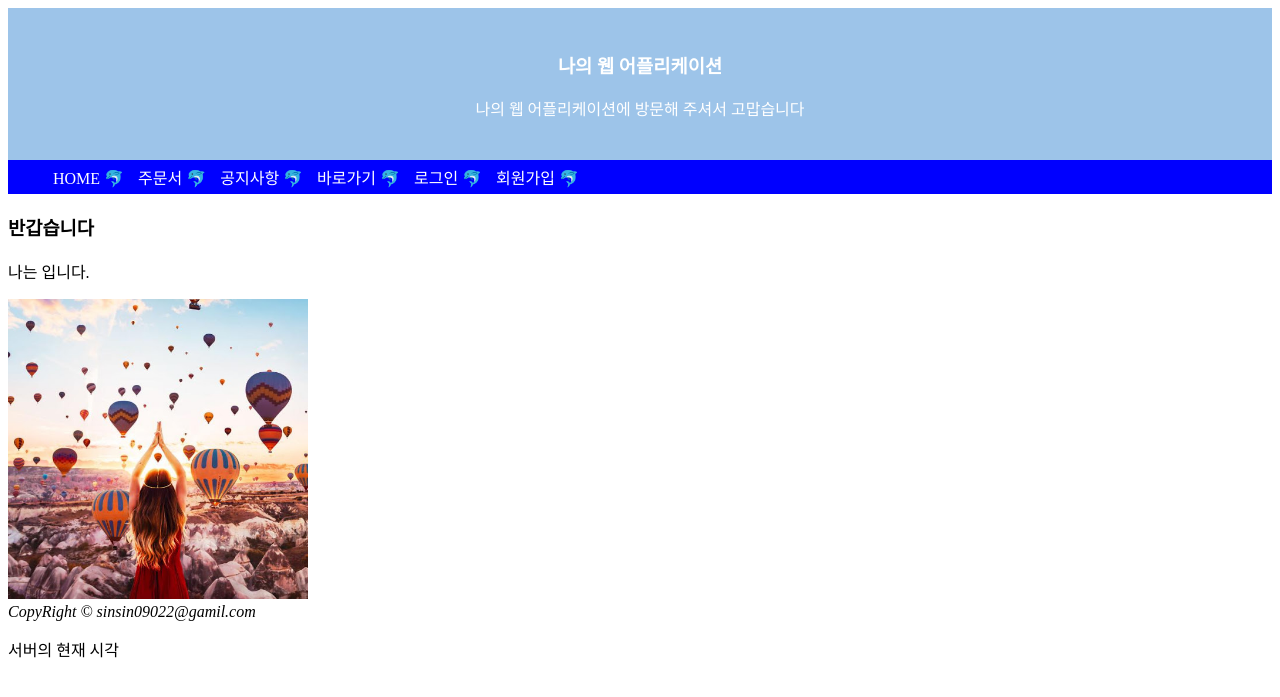
Repository: haetsalshin/Biz_506_2020_07_SpringMVC
Page: http://localhost/SpMVC_001_Order/WEB-INF/views/order/home2.jsp
The author's editor kept a copy of each file at every save. The page is drawn from the files as they stood at one save, then again after the next save.
The browser window is 1280 px wide. The pictures show the whole page.
The page is served by Tomcat 9. Nobody is signed in. The template is opened directly, without the code that normally fills it, so the values that code supplies are empty.

Above is the page before, as saved 2020-07-30 02:23:21.

After the next save:
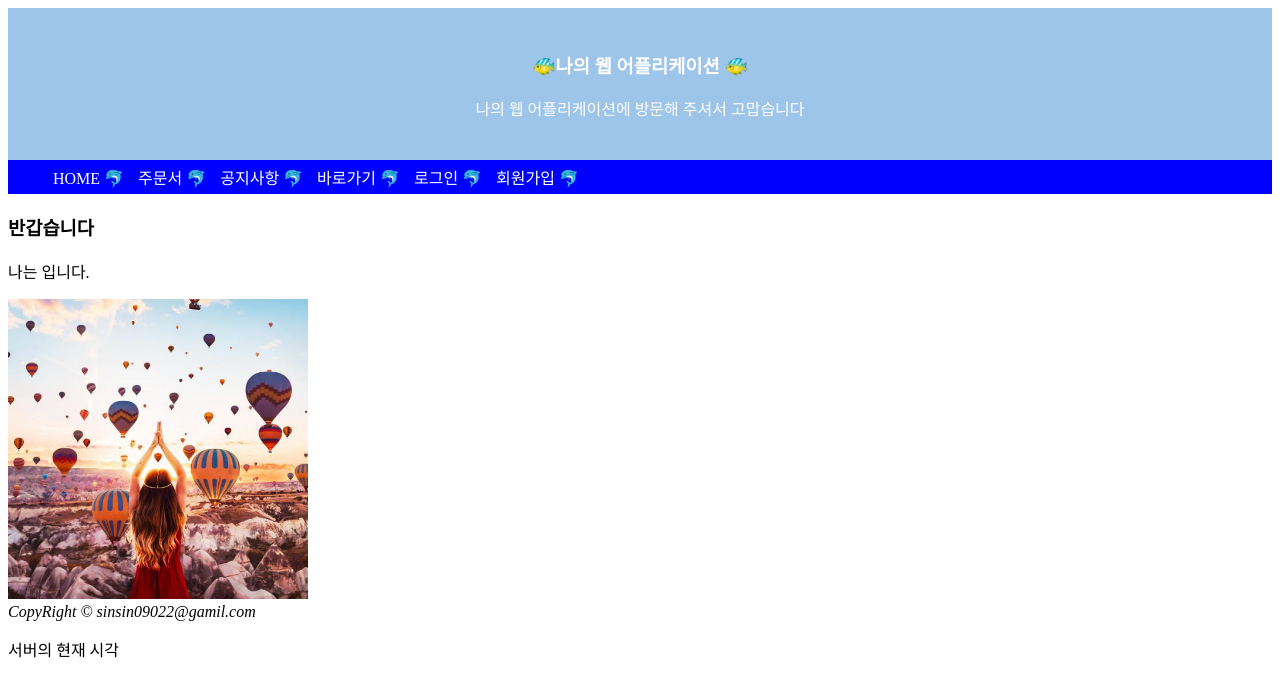
Saved 10 s later.
--- a/SpMVC_001_Order/src/main/webapp/WEB-INF/views/include/include-header.jspf
+++ b/SpMVC_001_Order/src/main/webapp/WEB-INF/views/include/include-header.jspf
@@ -2,6 +2,6 @@
     pageEncoding="UTF-8"%>
 
 <header>
-	<h3>나의 웹 어플리케이션</h3>
+	<h3> &#128032;나의 웹 어플리케이션 &#128032;</h3>
 	<P>나의 웹 어플리케이션에 방문해 주셔서 고맙습니다</P>
 </header>
